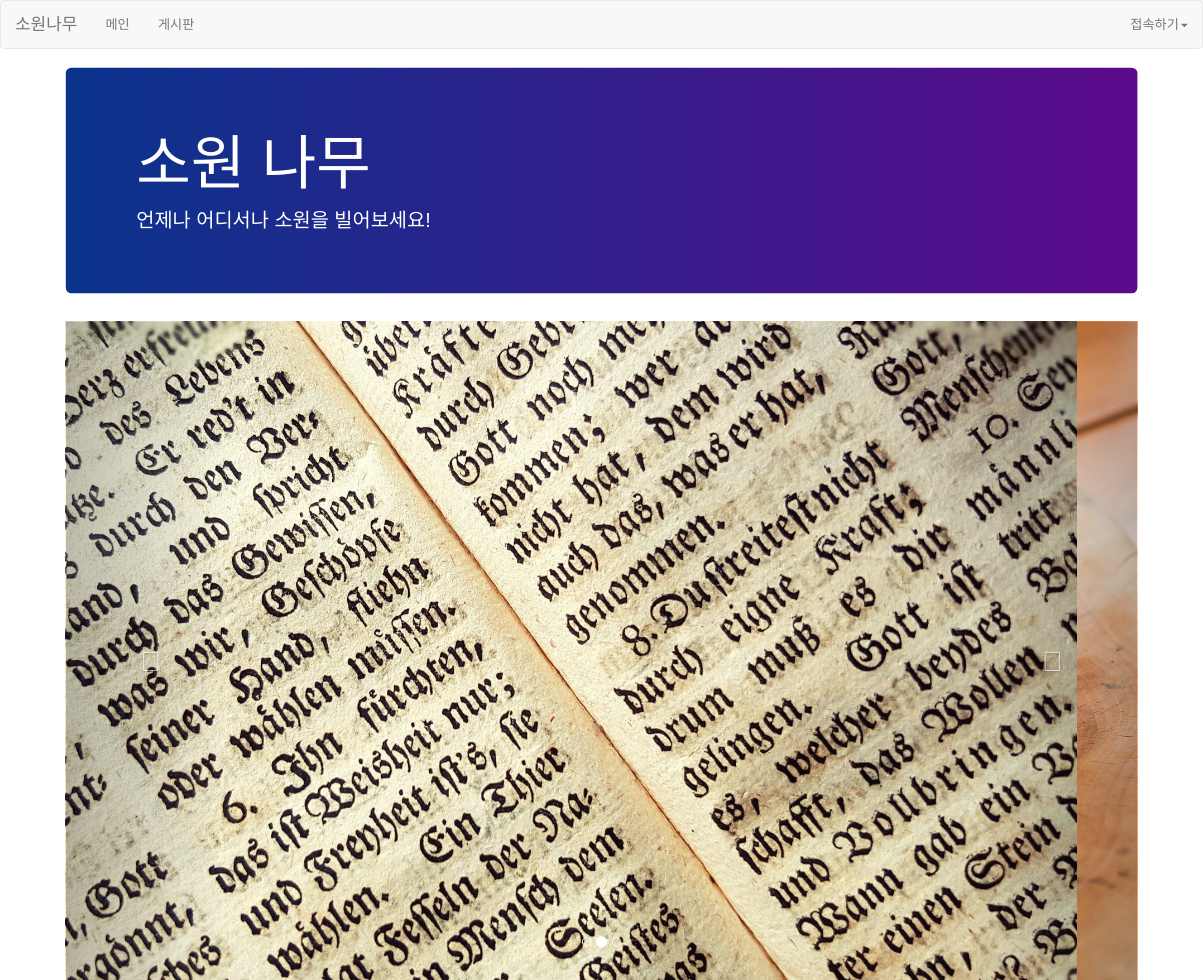
Repository: jongah/WishTree
Page: http://localhost/text/main.jsp
These files come from the project's save history. The page is drawn as it stood at one moment and after the next save; the edit follows.
The browser window is 1280 px wide. The pictures show the whole page, at 94% of full size.
Some web fonts or font styles are not loaded; a fallback is used. Some web libraries are served in a nearby version. The page is served by Tomcat 9. Other server files are loaded and not shown.

Above is the page before, as saved 2021-05-05 14:49:21.

### text/WebContent/main.jsp
<%@ page language="java" contentType="text/html; charset=UTF-8"
	pageEncoding="UTF-8"%>
<!DOCTYPE html>
<html>
<head>
<meta charset="UTF-8">
<meta name="viewport" content="width=device-width" initial-scale="1" />
<link rel="stylesheet" href="css/bootstrap.css">
<link rel="stylesheet" href="css/custom.css">
<title>소원나무</title>
</head>
<body>
	<%
		String userID = null;
		// 로그인이 되어있으면 세션에 값이 있을 것이다.
		if (session.getAttribute("userID") != null) {
			userID = (String) session.getAttribute("userID");
		}
	%>
	<nav class="navbar navbar-default">
		<div class="navbar-header">
			<button type="button" class="navbar-toggle collapsed"
				data-toggle="collapse" data-target="#bs-example-navbar-collapse-1"
				aria-expanded="false">
				<span class="icon-bar"></span> <span class="icon-bar"></span> <span
					class="icon-bar"></span>
			</button>
			<a href="main.jsp" class="navbar-brand">소원나무</a>
		</div>
		<div class="collapse navbar-collapse"
			id="bs-example-navbar-collapse-1">
			<ul class="nav navbar-nav">
				<li><a href="main.jsp">메인</a></li>
				<li><a href="bbs.jsp">게시판</a></li>
			</ul>
			<%
				if (userID == null) {
			%>
			<ul class="nav navbar-nav navbar-right">
				<li class="dropdown"><a href="#" class="dropdown-toggle"
					data-toggle="dropdown" role="button" aria-haspopup="true"
					aria-expanded="false">접속하기<span class="caret"></span></a>
					<ul class="dropdown-menu">
						<li><a href="login.jsp">로그인</a></li>
						<li><a href="join.jsp">회원가입</a></li>
					</ul></li>
			</ul>
			<%
				} else {
			%>
			<ul class="nav navbar-nav navbar-right">
				<li class="dropdown"><a href="#" class="dropdown-toggle"
					data-toggle="dropdown" role="button" aria-haspopup="true"
					aria-expanded="false">회원관리<span class="caret"></span></a>
					<ul class="dropdown-menu">
						<li><a href="logoutAction.jsp">로그아웃</a></li>
					</ul></li>
			</ul>
			<%
				}
			%>
		</div>
	</nav>

	<div class="container">
		<div class="jumbotron">
			<div class="container">
				<h1>소원 나무</h1>
				<p>언제나 어디서나 소원을 빌어보세요!</p>
			</div>
		</div>
	</div>

	<div class="container">
		<div id="myCarousel" class="carousel slide" data-ride="carousel">
			<ol class="carousel-indicators">
				<li data-target="#myCarousel" data-slide-to="0" class="active"></li>
				<li data-target="#myCarousel" data-slide-to="1"></li>
				<li data-target="#myCarousel" data-slide-to="2"></li>
			</ol>
			<div class="carousel-inner">
				<div class="item active">
					<img src="images/book.jpg">
				</div>
				<div class="item">
					<img src="images/coffee.jpg">
				</div>
				<div class="item">
					<img src="images/letters.jpg">
				</div>
			</div>
			<a href="#myCarousel" class="left carousel-control" data-slide="prev">
				<span class="glyphicon-chevron-left"></span>
			</a>
			<a href="#myCarousel" class="right carousel-control" data-slide="next">
				<span class="glyphicon-chevron-right"></span>
			</a>
		</div>
	</div>


	<script src="https://code.jquery.com/jquery-3.1.1.min.js"></script>
	<script src="js/bootstrap.js"></script>
</body>
</html>

### text/WebContent/css/custom.css
@import url('https://fonts.googleapis.com/css2?family=Nanum+Gothic&display=swap');
@import url(//fonts.googleapis.com/earlyaccess/hanna.css);

*{
	font-family : 'Nanum Gothic', sans-serif;
}
h1{
	font-family : 'Hanna', sans-serif;
}
.jumbotron{
	color:white;
	background: linear-gradient(90deg, #0a338c, #5c0a8c);
}

Loaded but not shown: text/WebContent/css/bootstrap.css (library); text/WebContent/js/bootstrap.js (library)

After the next save:
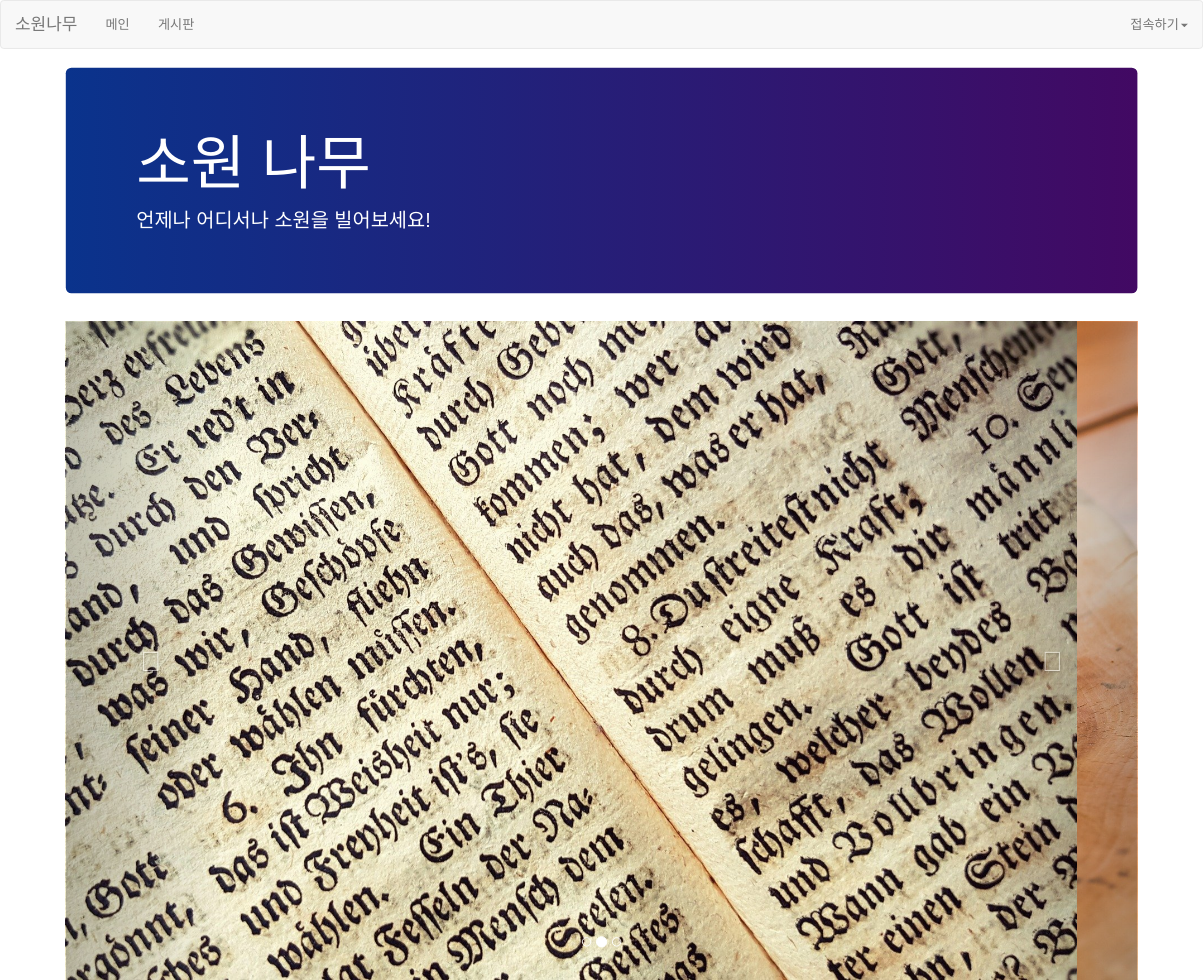
Saved 30 s later.
--- a/text/WebContent/css/custom.css
+++ b/text/WebContent/css/custom.css
@@ -9,5 +9,5 @@
 }
 .jumbotron{
 	color:white;
-	background: linear-gradient(90deg, #0a338c, #5c0a8c);
+	background: linear-gradient(90deg, #0a338c, #420963);
 }

After the save that followed:
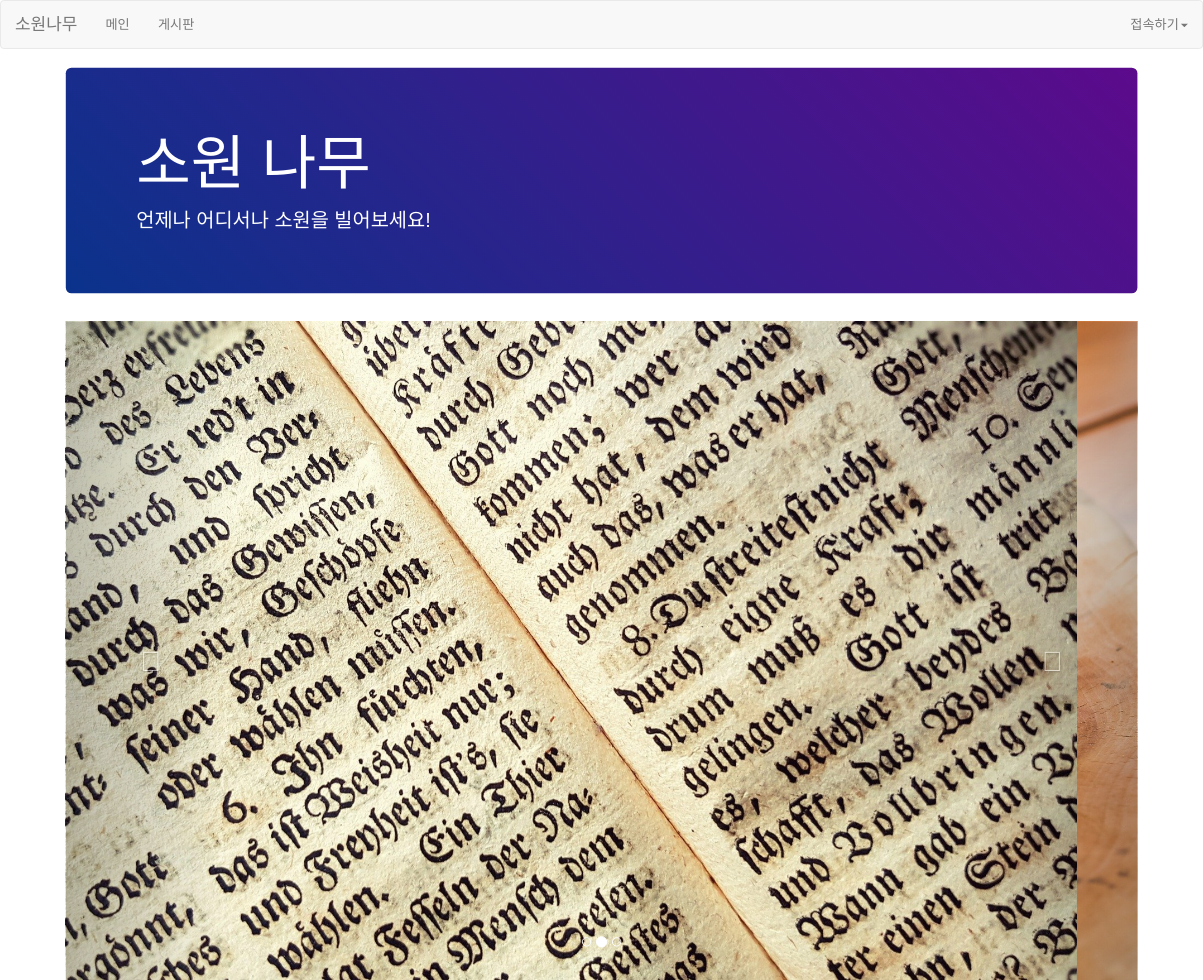
Saved 11 s later.
--- a/text/WebContent/css/custom.css
+++ b/text/WebContent/css/custom.css
@@ -9,5 +9,5 @@
 }
 .jumbotron{
 	color:white;
-	background: linear-gradient(90deg, #0a338c, #420963);
+	background: linear-gradient(45deg, #0a338c, #5c0a8c);
 }
